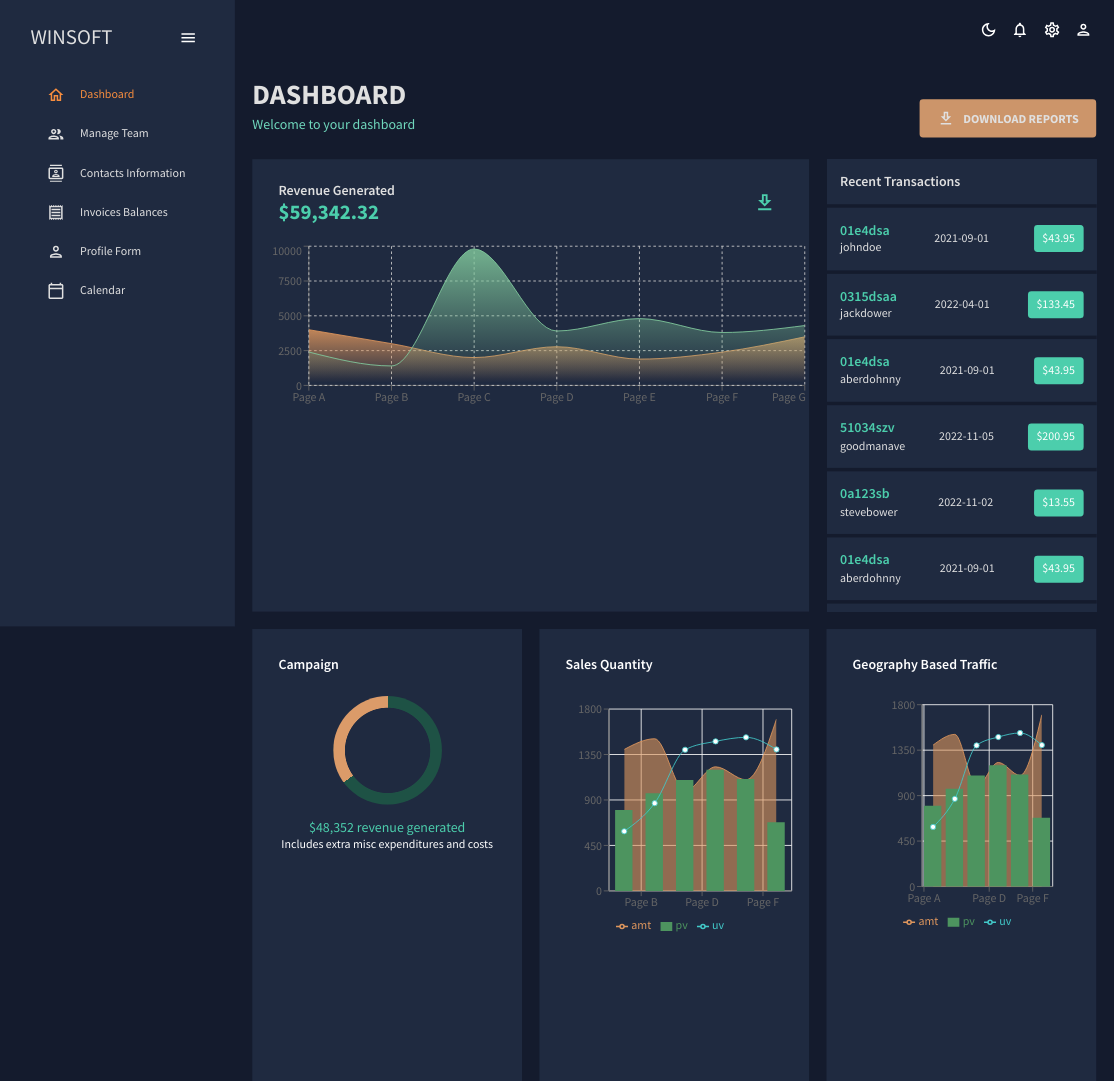
Repository: thamaraiselvan315731/winssoft
Page: /
An editor plug-in stored every save of this project. The page is shown before and after the next save, followed by the edit.
The browser window is 1280 px wide. The pictures show the whole page, at 87% of full size.
The project was rebuilt for these pictures with package versions that can differ from the ones it lists, and the page was loaded fresh each time. Also part of the build but not shown: src/pages/team/index.jsx, src/pages/invoices/index.jsx, src/pages/contacts/index.jsx, src/pages/form/index.jsx, src/components/LineChart.jsx, src/data/mockGeoFeatures.js, src/components/GeographyChart.jsx, src/components/BarChart.jsx and 3 more.

Above is the page before, as saved 2022-12-01 12:17:46.

### src/App.js
import { useState } from "react";
import { Routes, Route } from "react-router-dom";
import Topbar from "./pages/global/Topbar";
import Sidebar from "./pages/global/Sidebar";
import Team from "./pages/team";
import Invoices from "./pages/invoices";
import Contacts from "./pages/contacts";
import Form from "./pages/form";
// import Bar from "./pages/bar";
// import Line from "./pages/line";
// import Pie from "./pages/pie";
// import Geography from "./pages/geography";
import Dashboard from "./pages/dashboard";
import FAQ from "./pages/faq";
import { CssBaseline, ThemeProvider } from "@mui/material";
import { ColorModeContext, useMode } from "./theme";
import Calendar from "./pages/calendar/calendar";

function App() {
  const [theme, colorMode] = useMode();
  const [isSidebar, setIsSidebar] = useState(true);

  return (
    <ColorModeContext.Provider value={colorMode}>
      <ThemeProvider theme={theme}>
        <CssBaseline />
        <div className="app">
          <Sidebar isSidebar={isSidebar} />
          <main className="content">
            <Topbar setIsSidebar={setIsSidebar} />
            <Routes>
              <Route path="/" element={<Dashboard />} />
              <Route path="/team" element={<Team />} />
              <Route path="/contacts" element={<Contacts />} />
              <Route path="/invoices" element={<Invoices />} />
              <Route path="/form" element={<Form />} />
              {/* <Route path="/bar" element={<Bar />} />
              <Route path="/pie" element={<Pie />} />
              <Route path="/line" element={<Line />} /> */}
              <Route path="/faq" element={<FAQ />} />
              <Route path="/calendar" element={<Calendar />} />
              {/* <Route path="/geography" element={<Geography />} /> */}
            </Routes>
          </main>
        </div>
      </ThemeProvider>
    </ColorModeContext.Provider>
  );
}

export default App;

### src/pages/global/Topbar.jsx
import { Box, IconButton, useTheme } from "@mui/material";
import { useContext } from "react";
import { ColorModeContext, tokens } from "../../theme";
import InputBase from "@mui/material/InputBase";
import LightModeOutlinedIcon from "@mui/icons-material/LightModeOutlined";
import DarkModeOutlinedIcon from "@mui/icons-material/DarkModeOutlined";
import NotificationsOutlinedIcon from "@mui/icons-material/NotificationsOutlined";
import SettingsOutlinedIcon from "@mui/icons-material/SettingsOutlined";
import PersonOutlinedIcon from "@mui/icons-material/PersonOutlined";
import SearchIcon from "@mui/icons-material/Search";

const Topbar = () => {
  const theme = useTheme();
  const colors = tokens(theme.palette.mode);
  const colorMode = useContext(ColorModeContext);

  return (
    <Box display="flex" justifyContent="flex-end" p={2}>
      {/* SEARCH BAR */}
      {/* <Box
        display="flex"
        backgroundColor={colors.primary[400]}
        borderRadius="3px"
      >
        <InputBase sx={{ ml: 2, flex: 1 }} placeholder="Search" />
        <IconButton type="button" sx={{ p: 1 }}>
          <SearchIcon />
        </IconButton>
      </Box> */}

      {/* ICONS */}
      <Box display="flex">
        <IconButton onClick={colorMode.toggleColorMode}>
          {theme.palette.mode === "dark" ? (
            <DarkModeOutlinedIcon />
          ) : (
            <LightModeOutlinedIcon />
          )}
        </IconButton>
        <IconButton>
          <NotificationsOutlinedIcon />
        </IconButton>
        <IconButton>
          <SettingsOutlinedIcon />
        </IconButton>
        <IconButton>
          <PersonOutlinedIcon />
        </IconButton>
      </Box>
    </Box>
  );
};

export default Topbar;

### src/pages/global/Sidebar.jsx
import { useState } from "react";
import { ProSidebar, Menu, MenuItem } from "react-pro-sidebar";
import { Box, IconButton, Typography, useTheme } from "@mui/material";
import { Link } from "react-router-dom";
import "react-pro-sidebar/dist/css/styles.css";
import { tokens } from "../../theme";
import HomeOutlinedIcon from "@mui/icons-material/HomeOutlined";
import PeopleOutlinedIcon from "@mui/icons-material/PeopleOutlined";
import ContactsOutlinedIcon from "@mui/icons-material/ContactsOutlined";
import ReceiptOutlinedIcon from "@mui/icons-material/ReceiptOutlined";
import PersonOutlinedIcon from "@mui/icons-material/PersonOutlined";
import CalendarTodayOutlinedIcon from "@mui/icons-material/CalendarTodayOutlined";// eslint-disable-next-line
import HelpOutlineOutlinedIcon from "@mui/icons-material/HelpOutlineOutlined";// eslint-disable-next-line
import BarChartOutlinedIcon from "@mui/icons-material/BarChartOutlined";// eslint-disable-next-line
import PieChartOutlineOutlinedIcon from "@mui/icons-material/PieChartOutlineOutlined";// eslint-disable-next-line
import TimelineOutlinedIcon from "@mui/icons-material/TimelineOutlined";// eslint-disable-next-line
import MenuOutlinedIcon from "@mui/icons-material/MenuOutlined";// eslint-disable-next-line
import MapOutlinedIcon from "@mui/icons-material/MapOutlined";// eslint-disable-next-line

const Item = ({ title, to, icon, selected, setSelected }) => {
  const theme = useTheme();
  const colors = tokens(theme.palette.mode);
  return (
    <MenuItem
      active={selected === title}
      style={{
        color: colors.grey[100],
      }}
      onClick={() => setSelected(title)}
      icon={icon}
    >
      <Typography>{title}</Typography>
      <Link to={to} />
    </MenuItem>
  );
};

const Sidebar = () => {
  const theme = useTheme();
  const colors = tokens(theme.palette.mode);
  const [isCollapsed, setIsCollapsed] = useState(false);
  const [selected, setSelected] = useState("Dashboard");

  return (
    <Box
      sx={{
        "& .pro-sidebar-inner": {
          background: `${colors.primary[400]} !important`,
        },
        "& .pro-icon-wrapper": {
          backgroundColor: "transparent !important",
        },
        "& .pro-inner-item": {
          padding: "5px 35px 5px 20px !important",
        },
        "& .pro-inner-item:hover": {
          color: "#f78d3e !important",
        },
        "& .pro-menu-item.active": {
          color: "#f78d3e !important",
        },
      }}
    >
      <ProSidebar collapsed={isCollapsed}>
        <Menu iconShape="square">
          {/* LOGO AND MENU ICON */}
          <MenuItem
            onClick={() => setIsCollapsed(!isCollapsed)}
            icon={isCollapsed ? <MenuOutlinedIcon /> : undefined}
            style={{
              margin: "10px 0 20px 0",
              color: colors.grey[100],
            }}
          >
            {!isCollapsed && (
              <Box
                display="flex"
                justifyContent="space-between"
                alignItems="center"
                ml="15px"
              >
                <Typography variant="h3" color={colors.grey[100]}>
                  WINSOFT
                </Typography>
                <IconButton onClick={() => setIsCollapsed(!isCollapsed)}>
                  <MenuOutlinedIcon />
                </IconButton>
              </Box>
            )}
          </MenuItem>

          {/* {!isCollapsed && (
            <Box mb="25px">
              <Box display="flex" justifyContent="center" alignItems="center">
                <img
                  alt="profile-user"
                  width="100px"
                  height="100px"
                  src={`../../assets/user.png`}
                  style={{ cursor: "pointer", borderRadius: "50%" }}
                />
              </Box>
              <Box textAlign="center">
                <Typography
                  variant="h2"
                  color={colors.grey[100]}
                  fontWeight="bold"
                  sx={{ m: "10px 0 0 0" }}
                >
                  Ed Roh
                </Typography>
                <Typography variant="h5" color={colors.greenAccent[500]}>
                  VP Fancy Admin
                </Typography>
              </Box>
            </Box>
          )} */}

          <Box paddingLeft={isCollapsed ? undefined : "10%"}>
            <Item
              title="Dashboard"
              to="/"
              icon={<HomeOutlinedIcon />}
              selected={selected}
              setSelected={setSelected}
            />

            {/* <Typography
              variant="h6"
              color={colors.grey[300]}
              sx={{ m: "15px 0 5px 20px" }}
            >
              Data
            </Typography> */}
            <Item
              title="Manage Team"
              to="/team"
              icon={<PeopleOutlinedIcon />}
              selected={selected}
              setSelected={setSelected}
            />
            <Item
              title="Contacts Information"
              to="/contacts"
              icon={<ContactsOutlinedIcon />}
              selected={selected}
              setSelected={setSelected}
            />
            <Item
              title="Invoices Balances"
              to="/invoices"
              icon={<ReceiptOutlinedIcon />}
              selected={selected}
              setSelected={setSelected}
            />

            {/* <Typography
              variant="h6"
              color={colors.grey[300]}
              sx={{ m: "15px 0 5px 20px" }}
            >
              Pages
            </Typography> */}
            <Item
              title="Profile Form"
              to="/form"
              icon={<PersonOutlinedIcon />}
              selected={selected}
              setSelected={setSelected}
            />
            <Item
              title="Calendar"
              to="/calendar"
              icon={<CalendarTodayOutlinedIcon />}
              selected={selected}
              setSelected={setSelected}
            />
            {/* <Item
              title="FAQ Page"
              to="/faq"
              icon={<HelpOutlineOutlinedIcon />}
              selected={selected}
              setSelected={setSelected}
            /> */}

            {/* <Typography
              variant="h6"
              color={colors.grey[300]}
              sx={{ m: "15px 0 5px 20px" }}
            >
              Charts
            </Typography>
            <Item
              title="Bar Chart"
              to="/bar"
              icon={<BarChartOutlinedIcon />}
              selected={selected}
              setSelected={setSelected}
            />
            <Item
              title="Pie Chart"
              to="/pie"
              icon={<PieChartOutlineOutlinedIcon />}
              selected={selected}
              setSelected={setSelected}
            />
            <Item
              title="Line Chart"
              to="/line"
              icon={<TimelineOutlinedIcon />}
              selected={selected}
              setSelected={setSelected}
            />
            <Item
              title="Geography Chart"
              to="/geography"
              icon={<MapOutlinedIcon />}
              selected={selected}
              setSelected={setSelected}
            /> */}
          </Box>
        </Menu>
      </ProSidebar>
    </Box>
  );
};

export default Sidebar;

### src/pages/dashboard/index.jsx
import { Box, Button, IconButton, Typography, useTheme } from "@mui/material";
import { tokens } from "../../theme";
import { mockTransactions } from "../../data/mockData";
import DownloadOutlinedIcon from "@mui/icons-material/DownloadOutlined";
import { AreaCharts } from "../../Charts/AreaChart"
import CombinedCharts from "../../Charts/CombinedCharts"
import EmailIcon from "@mui/icons-material/Email";
import PointOfSaleIcon from "@mui/icons-material/PointOfSale";
import PersonAddIcon from "@mui/icons-material/PersonAdd";
import TrafficIcon from "@mui/icons-material/Traffic";
import Header from "../../components/Header";
import LineChart from "../../components/LineChart";
import GeographyChart from "../../components/GeographyChart";
import BarChart from "../../components/BarChart";
import StatBox from "../../components/StatBox";
import ProgressCircle from "../../components/ProgressCircle";

const Dashboard = () => {
  const theme = useTheme();
  const colors = tokens(theme.palette.mode);

  return (

    <Box m="20px">
      {/* HEADER */}
      <Box display="flex" justifyContent="space-between" alignItems="center">
        <Header title="DASHBOARD" subtitle="Welcome to your dashboard" />

        <Box>
          <Button
            sx={{
              backgroundColor: colors.blueAccent[700],
              color: colors.grey[100],
              fontSize: "14px",
              fontWeight: "bold",
              padding: "10px 20px",
            }}
          >
            <DownloadOutlinedIcon sx={{ mr: "10px" }} />
            Download Reports
          </Button>
        </Box>
      </Box>

      {/* GRID & CHARTS */}
      <Box
        display="grid"
        gridTemplateColumns="repeat(12, 1fr)"
        gridAutoRows="250px"
        gap="20px"
      >
        {/* ROW 1 */}
        {/* <Box
          gridColumn="span 8"
          backgroundColor={colors.primary[400]}
          display="flex"
          alignItems="center"
          justifyContent="center"
        >
          <AreaCharts />

        </Box> */}

        {/* <Box
          gridColumn="span 3"
          backgroundColor={colors.primary[400]}
          display="flex"
          alignItems="center"
          justifyContent="center"
        >
          <StatBox
            title="431,225"
            subtitle="Sales Obtained"
            progress="0.50"
            increase="+21%"
            icon={
              <PointOfSaleIcon
                sx={{ color: colors.greenAccent[600], fontSize: "26px" }}
              />
            }
          />
        </Box>
        <Box
          gridColumn="span 3"
          backgroundColor={colors.primary[400]}
          display="flex"
          alignItems="center"
          justifyContent="center"
        >
          <StatBox
            title="32,441"
            subtitle="New Clients"
            progress="0.30"
            increase="+5%"
            icon={
              <PersonAddIcon
                sx={{ color: colors.greenAccent[600], fontSize: "26px" }}
              />
            }
          />
        </Box>
        <Box
          gridColumn="span 3"
          backgroundColor={colors.primary[400]}
          display="flex"
          alignItems="center"
          justifyContent="center"
        >
          <StatBox
            title="1,325,134"
            subtitle="Traffic Received"
            progress="0.80"
            increase="+43%"
            icon={
              <TrafficIcon
                sx={{ color: colors.greenAccent[600], fontSize: "26px" }}
              />
            }
          />
        </Box> */}

        {/* ROW 2 */}
        <Box
          gridColumn="span 8"
          gridRow="span 2"
          backgroundColor={colors.primary[400]}
        >
          <Box
            mt="25px"
            p="0 30px"
            display="flex "
            justifyContent="space-between"
            alignItems="center"
          >
            <Box>
              <Typography
                variant="h5"
                fontWeight="600"
                color={colors.grey[100]}
              >
                Revenue Generated
              </Typography>
              <Typography
                variant="h3"
                fontWeight="bold"
                color={colors.greenAccent[500]}
              >
                $59,342.32
              </Typography>
            </Box>
            <Box>
              <IconButton>
                <DownloadOutlinedIcon
                  sx={{ fontSize: "26px", color: colors.greenAccent[500] }}
                />
              </IconButton>
            </Box>
          </Box>
          <Box height="250px" m="20px 0 0 0">
            <AreaCharts />
          </Box>
        </Box>
        <Box
          gridColumn="span 4"
          gridRow="span 2"
          backgroundColor={colors.primary[400]}
          overflow="auto"
        >
          <Box
            display="flex"
            justifyContent="space-between"
            alignItems="center"
            borderBottom={`4px solid ${colors.primary[500]}`}
            colors={colors.grey[100]}
            p="15px"
          >
            <Typography color={colors.grey[100]} variant="h5" fontWeight="600">
              Recent Transactions
            </Typography>
          </Box>
          {mockTransactions.map((transaction, i) => (
            <Box
              key={`${transaction.txId}-${i}`}
              display="flex"
              justifyContent="space-between"
              alignItems="center"
              borderBottom={`4px solid ${colors.primary[500]}`}
              p="15px"
            >
              <Box>
                <Typography
                  color={colors.greenAccent[500]}
                  variant="h5"
                  fontWeight="600"
                >
                  {transaction.txId}
                </Typography>
                <Typography color={colors.grey[100]}>
                  {transaction.user}
                </Typography>
              </Box>
              <Box color={colors.grey[100]}>{transaction.date}</Box>
              <Box
                backgroundColor={colors.greenAccent[500]}
                p="5px 10px"
                borderRadius="4px"
              >
                ${transaction.cost}
              </Box>
            </Box>
          ))}
        </Box>

        {/* ROW 3 */}
        <Box
          gridColumn="span 4"
          gridRow="span 2"
          backgroundColor={colors.primary[400]}
          p="30px"
        >
          <Typography variant="h5" fontWeight="600">
            Campaign
          </Typography>
          <Box
            display="flex"
            flexDirection="column"
            alignItems="center"
            mt="25px"
          >
            <ProgressCircle size="125" />
            <Typography
              variant="h5"
              color={colors.greenAccent[500]}
              sx={{ mt: "15px" }}
            >
              $48,352 revenue generated
            </Typography>
            <Typography>Includes extra misc expenditures and costs</Typography>
          </Box>
        </Box>
        <Box
          gridColumn="span 4"
          gridRow="span 2"
          backgroundColor={colors.primary[400]}
        >
          <Typography
            variant="h5"
            fontWeight="600"
            sx={{ padding: "30px 30px 0 30px" }}
          >
            Sales Quantity
          </Typography>
          <Box height="250px" mt="20px">
            <CombinedCharts />
          </Box>
        </Box>
        <Box
          gridColumn="span 4"
          gridRow="span 2"
          backgroundColor={colors.primary[400]}
          padding="30px"
        >
          <Typography
            variant="h5"
            fontWeight="600"
            sx={{ marginBottom: "15px" }}
          >
            Geography Based Traffic
          </Typography>
          <Box height="200px">
            <CombinedCharts />
          </Box>
        </Box>
      </Box>
    </Box>
  );
};

export default Dashboard;

### src/Charts/CombinedCharts.js
import React, { PureComponent } from 'react';
import {
    ResponsiveContainer,
    ComposedChart,
    Line,
    Area,
    Bar,
    XAxis,
    YAxis,
    CartesianGrid,
    Tooltip,
    Legend,
} from 'recharts';

const data = [
    {
        name: 'Page A',
        uv: 590,
        pv: 800,
        amt: 1400,
    },
    {
        name: 'Page B',
        uv: 868,
        pv: 967,
        amt: 1506,
    },
    {
        name: 'Page C',
        uv: 1397,
        pv: 1098,
        amt: 989,
    },
    {
        name: 'Page D',
        uv: 1480,
        pv: 1200,
        amt: 1228,
    },
    {
        name: 'Page E',
        uv: 1520,
        pv: 1108,
        amt: 1100,
    },
    {
        name: 'Page F',
        uv: 1400,
        pv: 680,
        amt: 1700,
    },
];

export default class CombinedCharts extends PureComponent {
    static demoUrl = 'https://codesandbox.io/s/composed-chart-in-responsive-container-pkqmy';

    render() {
        return (
            <div style={{ width: '100%', height: 300 }}>
                <ResponsiveContainer>
                    <ComposedChart
                        width={500}
                        height={400}
                        data={data}
                        margin={{
                            top: 20,
                            right: 20,
                            bottom: 20,
                            left: 20,
                        }}
                    >
                        <CartesianGrid stroke="#f5f5f5" />
                        <XAxis dataKey="name" scale="band" />
                        <YAxis />
                        <Tooltip />
                        <Legend />
                        <Area type="monotone" dataKey="amt" fill="#de965d" stroke="#de965d" />
                        <Bar dataKey="pv" barSize={20} fill="#4d945f" />
                        <Line type="monotone" dataKey="uv" stroke="#42c9c9" />
                    </ComposedChart>
                </ResponsiveContainer>
            </div>
        );
    }
}

### src/components/ProgressCircle.jsx
import { Box, useTheme } from "@mui/material";
import { tokens } from "../theme";

const ProgressCircle = ({ progress = "0.65", size = "40" }) => {
  const theme = useTheme();
  const colors = tokens(theme.palette.mode);
  const angle = progress * 360;
  return (
    <Box
      sx={{
        background: `radial-gradient(${colors.primary[400]} 55%, transparent 56%),
            conic-gradient(transparent 0deg ${angle}deg, ${colors.blueAccent[500]} ${angle}deg 360deg),
            ${colors.greenAccent[800]}`,
        borderRadius: "50%",
        width: `${size}px`,
        height: `${size}px`,
      }}
    />
  );
};

export default ProgressCircle;

Loaded but not shown: public/index.html (common file); src/index.js (common file); src/index.css (common file); src/components/Header.jsx (common file); src/data/mockData.js (1283 lines, source omitted); src/theme.js (214 lines, source omitted); src/Charts/AreaChart.js (76 lines, source omitted)

After the next save:
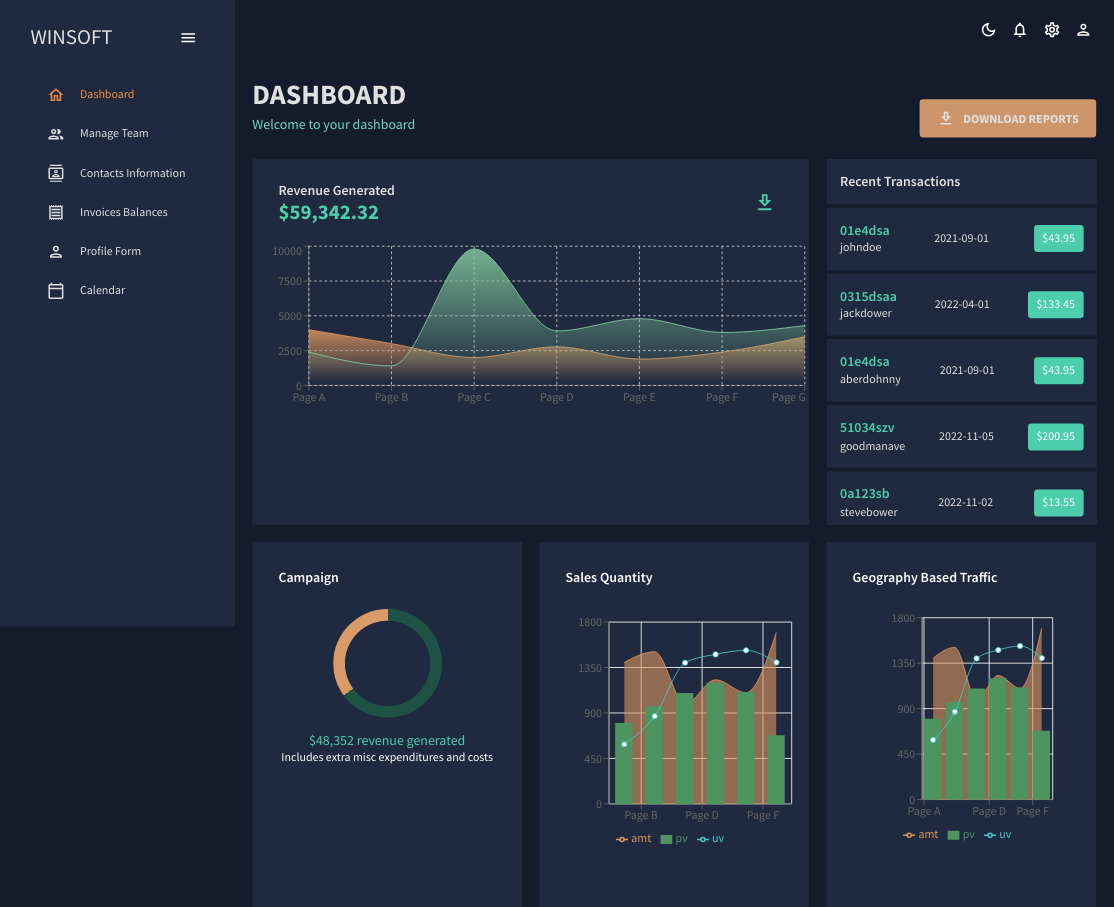
Saved 45 min 8 s later.
--- a/src/pages/dashboard/index.jsx
+++ b/src/pages/dashboard/index.jsx
@@ -46,7 +46,7 @@ const Dashboard = () => {
       <Box
         display="grid"
         gridTemplateColumns="repeat(12, 1fr)"
-        gridAutoRows="250px"
+        gridAutoRows="200px"
         gap="20px"
       >
         {/* ROW 1 */}
